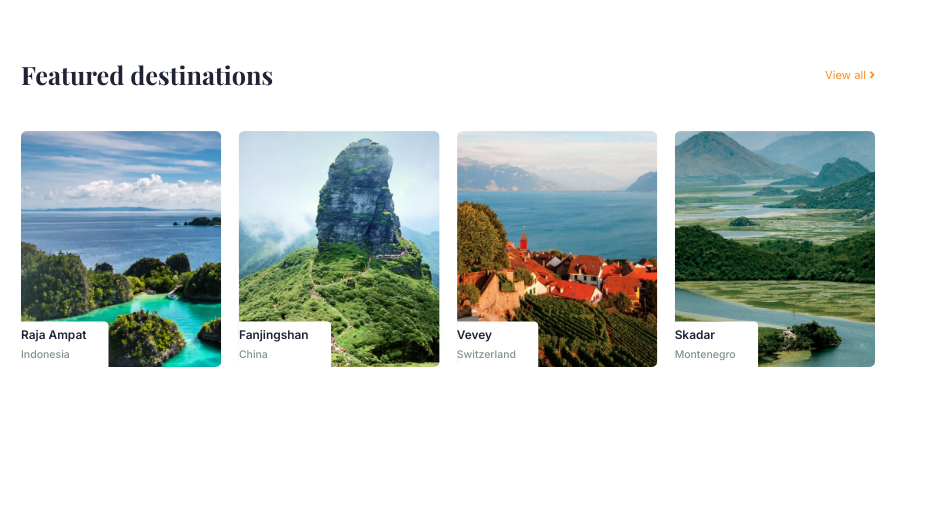
Repository: long5122000/sunny
Page: index.html
An editor plug-in stored every save of this project. The page is shown before and after the next save, followed by the edit.
The browser window is 1280 px wide. The page is 1335 px wide, so the pictures cover 1335 px, including what lies to the right of the window. The pictures show the part of the page from y = 1836 to 3676 px (the page is 2592 px tall before and 3676 px after), at 70% of full size.
The style sheet was rebuilt from its Sass, Less or Tailwind sources for each picture, by a compiler version that may differ from the author's.

Above is the page before, as saved 2021-11-24 22:36:33.

### index.html
<!DOCTYPE html>
<html lang="en">
  <head>
    <meta charset="UTF-8" />
    <meta http-equiv="X-UA-Compatible" content="IE=edge" />
    <meta name="viewport" content="width=device-width, initial-scale=1.0" />
    <title>Thousand Sunny</title>
    <link rel="preconnect" href="https://fonts.googleapis.com" />
    <link rel="preconnect" href="https://fonts.gstatic.com" crossorigin />
    <link
      href="https://fonts.googleapis.com/css2?family=Inter:wght@400;500;600&family=Mulish:wght@300&family=Playfair+Display:wght@700&display=swap"
      rel="stylesheet"
    />
    <link
      rel="stylesheet"
      href="https://use.fontawesome.com/releases/v5.15.4/css/all.css"
      integrity="sha384-DyZ88mC6Up2uqS4h/KRgHuoeGwBcD4Ng9SiP4dIRy0EXTlnuz47vAwmeGwVChigm"
      crossorigin="anonymous"
    />
    <link rel="stylesheet" href="./css/app.css" />
  </head>
  <body>
    <div class="wrapper">
      <header class="header">
        <div class="container">
          <div class="header-main">
            <img srcset="./images/logo.png 2x" alt="" />
            <ul class="menu">
              <li class="menu-item">
                <a href="#" class="menu-link">Home</a>
              </li>
              <li class="menu-item">
                <a href="#" class="menu-link">Destinations</a>
              </li>
              <li class="menu-item">
                <a href="#" class="menu-link">About</a>
              </li>
              <li class="menu-item">
                <a href="#" class="menu-link">Partner</a>
              </li>
              <li class="menu-item">
                <a href="#" class="btn btn--secondary">Login</a>
              </li>
              <li class="menu-item">
                <a href="#" class="btn btn--primary">Register</a>
              </li>
            </ul>
          </div>
        </div>
      </header>
      <main>
        <section class="hero">
          <div class="container">
            <div class="hero-main">
              <div class="hero-content">
                <h1 class="heading hero-heading">Explore and Travel</h1>
                <div class="hero-caption">Holiday finder</div>
                <div class="hero-form">
                  <div class="dropdown">
                    <div class="dropdown-select">
                      <span class="dropdown-value">Location</span>
                      <i class="fas fa-angle-down"></i>
                    </div>
                    <div class="dropdown-list">
                      <div class="dropdown-item">title</div>
                      <div class="dropdown-item">title</div>
                      <div class="dropdown-item">title</div>
                    </div>
                  </div>
                  <div class="dropdown">
                    <div class="dropdown-select">
                      <span class="dropdown-value">Activity</span>
                      <i class="fas fa-angle-down"></i>
                    </div>
                    <div class="dropdown-list">
                      <div class="dropdown-item">title</div>
                      <div class="dropdown-item">title</div>
                      <div class="dropdown-item">title</div>
                    </div>
                  </div>
                  <div class="dropdown">
                    <div class="dropdown-select">
                      <span class="dropdown-value">Grade</span>
                      <i class="fas fa-angle-down"></i>
                    </div>
                    <div class="dropdown-list">
                      <div class="dropdown-item">title</div>
                      <div class="dropdown-item">title</div>
                      <div class="dropdown-item">title</div>
                    </div>
                  </div>
                  <div class="dropdown">
                    <div class="dropdown-select">
                      <span class="dropdown-value">Date</span>
                      <i class="fas fa-angle-down"></i>
                    </div>
                    <div class="dropdown-list">
                      <div class="dropdown-item">title</div>
                      <div class="dropdown-item">title</div>
                      <div class="dropdown-item">title</div>
                    </div>
                  </div>
                </div>
                <a href="#!" class="btn btn--primary">Explore</a>
              </div>
              <div class="hero-image">
                <img srcset="./images/img1.png 2x" alt="" />
              </div>
            </div>
          </div>
        </section>
        <section class="explore">
          <div class="container">
            <div class="explore-main">
              <div class="explore-image">
                <img srcset="./images/img2.png 2x" alt="" />
              </div>
              <div class="explore-content">
                <h2 class="heading explore-heading heading--small">
                  A new way to explore the world
                </h2>
                <p class="text explore-desc">
                  For decades travellers have reached for Lonely Planet books
                  when looking to plan and execute their perfect trip, but now,
                  they can also let Lonely Planet Experiences lead the way
                </p>
                <div class="btn btn--primary" href="!#">Learn More</div>
              </div>
            </div>
          </div>
        </section>
        <section class="destination">
          <div class="container">
            <div class="destination-header">
              <h2 class="heading heading--small">Featured destinations</h2>
              <a href="#!" class="destination-more">
                <span>View all</span>
                <i class="fas fa-angle-right"></i>
              </a>
            </div>
            <div class="destination-list">
              <div class="destination-item">
                <div class="destination-image">
                  <img srcset="./images/destination1.png 2x" alt="" />
                </div>
                <div class="destination-content">
                  <h3 class="destination-name">Raja Ampat</h3>
                  <span class="destination-country">Indonesia</span>
                </div>
              </div>
              <div class="destination-item">
                <div class="destination-image">
                  <img srcset="./images/destination2.png 2x" alt="" />
                </div>
                <div class="destination-content">
                  <h3 class="destination-name">Fanjingshan</h3>
                  <span class="destination-country">China</span>
                </div>
              </div>
              <div class="destination-item">
                <div class="destination-image">
                  <img srcset="./images/destination3.png 2x" alt="" />
                </div>
                <div class="destination-content">
                  <h3 class="destination-name">Vevey</h3>
                  <span class="destination-country">Switzerland</span>
                </div>
              </div>
              <div class="destination-item">
                <div class="destination-image">
                  <img srcset="./images/destination4.png 2x" alt="" />
                </div>
                <div class="destination-content">
                  <h3 class="destination-name">Skadar</h3>
                  <span class="destination-country">Montenegro</span>
                </div>
              </div>
            </div>
          </div>
        </section>
      </main>
    </div>
    <script src="scripts/app.js"></script>
  </body>
</html>

### sass/app.scss
@import "reset";
@import "variables";
@import "global";
@import "typography";
@import "header";
@import "menu";
@import "hero";
@import "explore";
@import "destination";
@import "guides";
@import "footer";

### sass/_variables.scss
$primary-font: "Inter", sans-serif;
$secondary-font: "Playfair Display", serif;
$third-font: "Mulish", sans-serif;
$gray: #b8becd;
$gray-dark: #afb0b9;
$gray-darker: #7d7987;
$gray-darkest: #202336;
$primary-color: #fb8f1d;
$gray-blur: #80918e;

### sass/_global.scss
.wrapper {
  max-width: 1600px;
  margin: 0 auto;
}
.container {
  max-width: 1260px;
  margin: 0 auto;
  padding: 0 20px;
}
ul {
  list-style: none;
}
.btn {
  display: inline-flex;
  justify-content: center;
  align-items: center;
  cursor: pointer;
  font-size: 15px;
  font-weight: 500;
  font-family: $primary-font;
  line-height: 1;
  height: 52px;
  padding: 0 60px;
  border-radius: 8px;
  background-color: transparent;
  border: 0;
  outline: none;
  &--primary {
    color: white;
    background-color: $primary-color;
  }
  &--secondary {
    color: $primary-color;
    border: 1px solid currentColor;
  }
}
.dropdown {
  &-list {
    display: none;
  }
  &-select {
    display: flex;
    justify-content: space-between;
    align-items: center;
    padding: 20px 30px;
    border-radius: 6px;
    border: 1px solid $gray-dark;
    color: $gray-darkest;
    cursor: pointer;
  }
}

### sass/_typography.scss
body {
  font-family: $primary-font;
  font-size: 16px;
  line-height: 1;
  color: $gray;
}
.heading {
  font-family: $secondary-font;
  color: $gray-darkest;
  &--small {
    line-height: 139%;
    font-size: 36px;
  }
}
.text {
  font-weight: 300;
  line-height: 176%;
  font-size: 17px;
  color: $gray-darker;
  font-family: $third-font;
}

### sass/_header.scss
.header {
  padding-top: 45px;
  padding-bottom: 70px;
  &-main {
    display: flex;
    justify-content: space-between;
    align-items: center;
  }
}

### sass/_menu.scss
.menu {
  display: flex;
  align-items: center;
  gap: 0 35px;
  &-link {
    color: inherit;
  }
}

### sass/_hero.scss
.hero {
  margin-bottom: 270px;
  &-main {
    display: flex;
    justify-content: space-between;
    align-items: center;
  }
  &-heading {
    font-size: 64px;
    line-height: 125%;
    margin-bottom: 74px;
  }
  &-caption {
    font-size: 22px;
    font-weight: 600;
    margin-bottom: 48px;
    padding-bottom: 20px;
    display: inline-block;
    position: relative;
    color: $gray-darkest;
    &:before {
      content: "";
      position: absolute;
      bottom: 0;
      left: 0;
      width: 32px;
      height: 2px;
      background-color: $gray-darkest;
    }
  }
  &-content {
    width: 100%;
    max-width: 470px;
  }
  &-image {
    transform: translateX(85px);
  }
  &-form {
    margin-bottom: 50px;
    display: grid;
    grid-template-columns: 1fr 1fr;
    grid-gap: 30px;
  }
}

### sass/_explore.scss
.explore {
  margin-bottom: 292px;
  &-main {
    display: flex;
    justify-content: space-between;
    align-items: center;
    gap: 0 50px;
  }
  &-content {
    max-width: 508px;
    padding-right: 58px;
  }
  &-image {
    transform: translateX(-50px);
  }
  &-heading {
    margin-bottom: 20px;
  }
  &-desc {
    margin-bottom: 33px;
  }
}

### sass/_destination.scss
.destination {
  margin-bottom: 232px;
  &-header {
    display: flex;
    justify-content: space-between;
    align-items: center;
    margin-bottom: 56px;
  }
  &-more {
    color: $primary-color;
    display: flex;
    align-items: center;
    gap: 0 5px;
  }
  &-list {
    display: grid;
    grid-template-columns: repeat(4, 1fr);
    grid-gap: 25px;
  }

  &-item {
    height: 337px;
    position: relative;
  }
  &-image {
    width: 100%;
    height: 100%;
  }
  &-image img {
    border-radius: 8px;
    height: 100%;
    width: 100%;
    object-fit: cover;
  }
  &-content {
    position: absolute;
    bottom: 0;
    left: 0;
    z-index: 2;
    background: #ffffff;
    border-radius: 0px 6px 0px 0px;
    padding: 11px 32px 11px 0;
  }
  &-name {
    font-size: 17px;
    font-weight: 600;
    color: $gray-darkest;
    margin-bottom: 10px;
  }
  &-country {
    font-weight: 500;
    font-size: 15px;
    color: $gray-blur;
  }
}

Loaded but not shown: sass/_reset.scss (common file); scripts/app.js (no stored copy; drawn as an empty file); sass/_guides.scss (no stored copy; drawn as an empty file); sass/_footer.scss (no stored copy; drawn as an empty file)

After the next save:
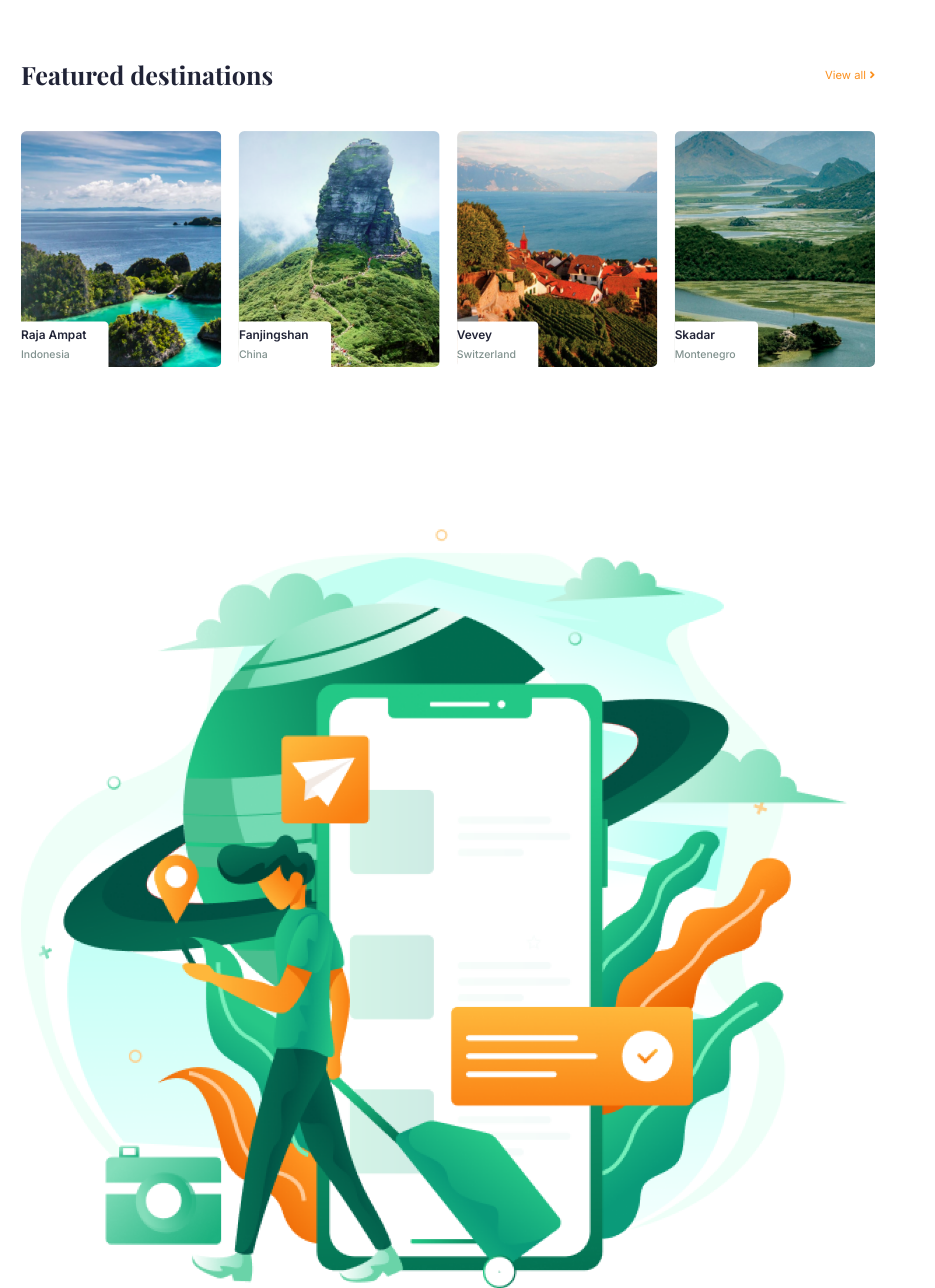
Saved 74 s later.
--- a/index.html
+++ b/index.html
@@ -178,6 +178,16 @@
             </div>
           </div>
         </section>
+        <section class="guides">
+          <div class="container">
+            <div class="guides-main">
+              <div class="guides-content"></div>
+              <div class="guides-image">
+                <img src="./images/img3.png" alt="" />
+              </div>
+            </div>
+          </div>
+        </section>
       </main>
     </div>
     <script src="scripts/app.js"></script>
